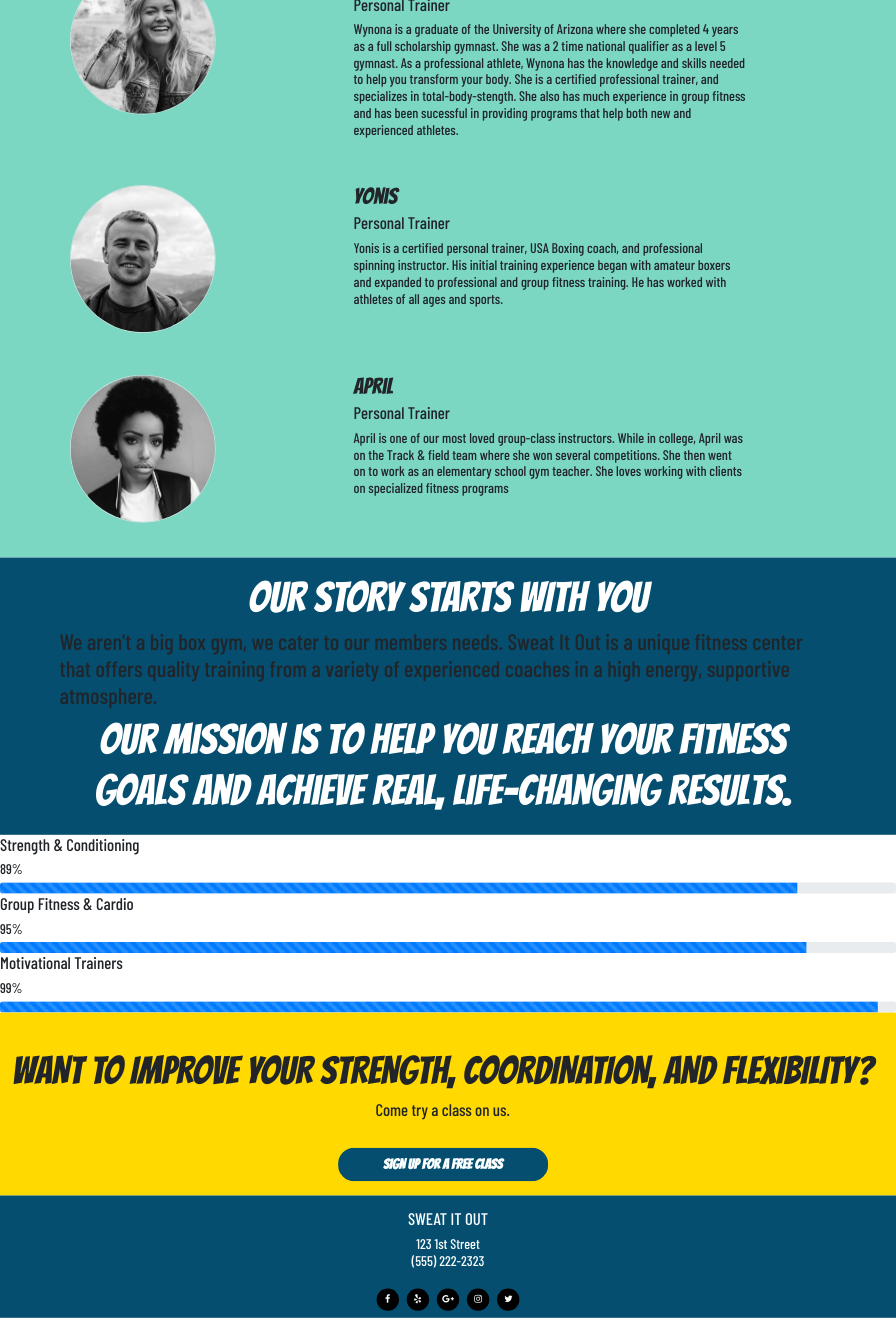
Repository: amybru/sweatitout
Page: about.html
The author's editor kept a record of every edit. The page is drawn from the files as they stood at one moment, then again after the next edit.
The browser window is 1280 px wide. The pictures show the part of the page from y = 1231 to 3151 px (the page is 3130 px tall before and 3151 px after), at 70% of full size.
Some web fonts or font styles are not loaded; a fallback is used. Some web libraries are served in a nearby version.

Above is the page before.

After the next edit:
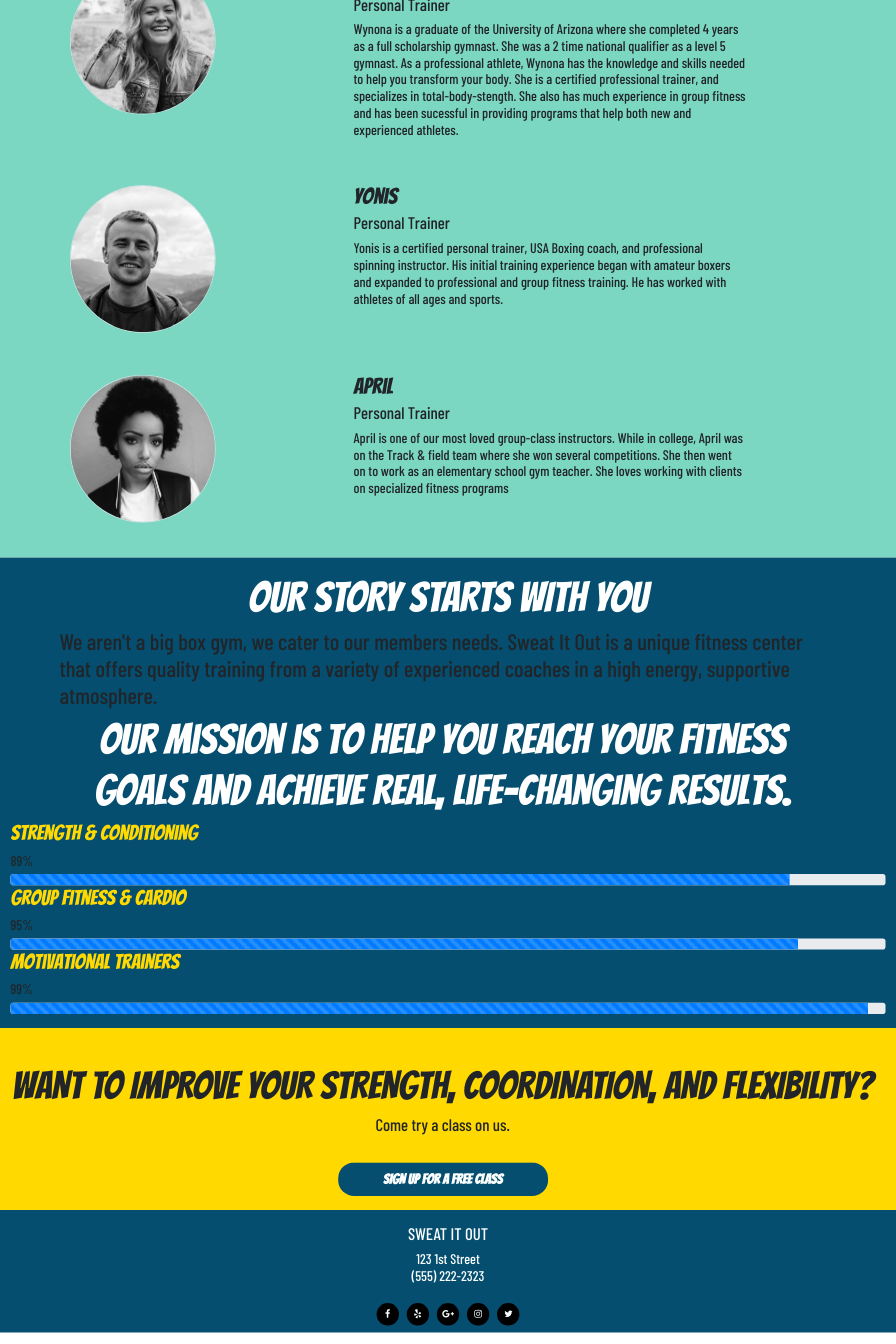
The edit:
--- a/about.html
+++ b/about.html
@@ -157,7 +157,7 @@
                </div>
             </div>
          </div>
-      </section>
+      </div>
             <div>
                <h4>Strength & Conditioning</h4>
                <h5>89%</h5>
